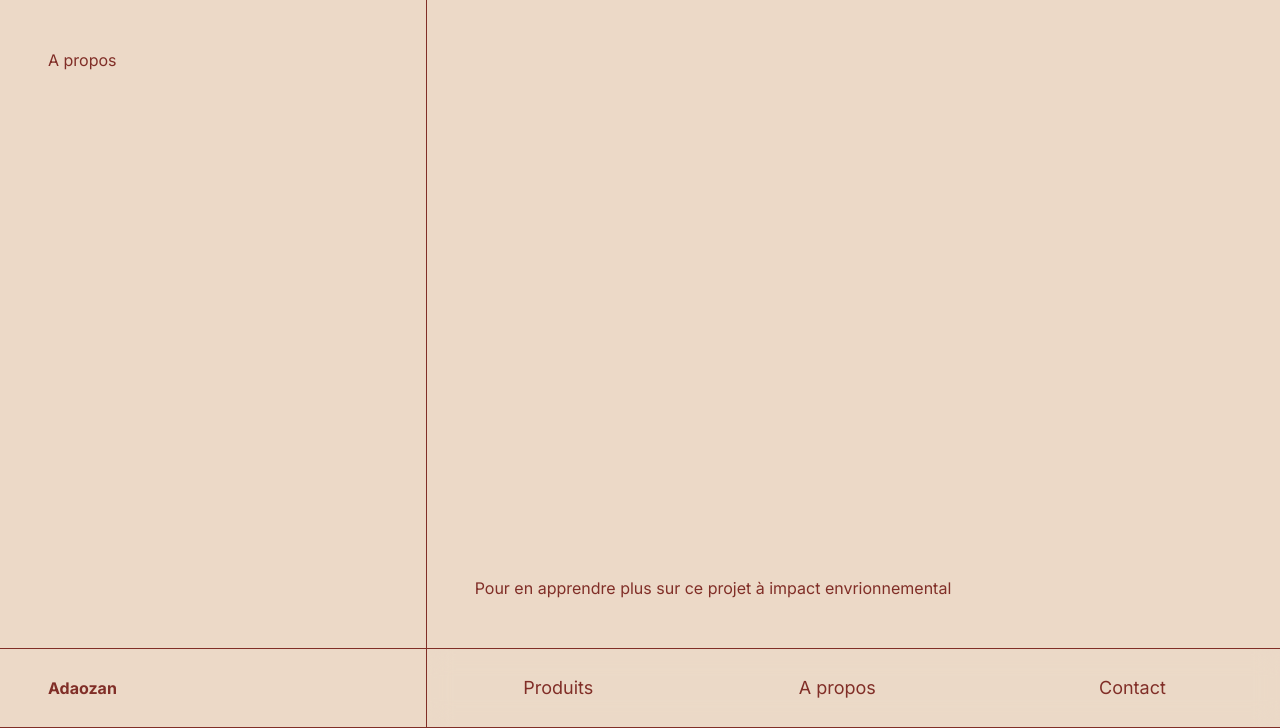
Repository: Neewd/adaozan
Page: /a-propos
An editor plug-in stored every save of this project. The page is shown before and after the next save, followed by the edit.
The browser window is 1280 px wide. The pictures show the whole page.
The project was rebuilt for these pictures with package versions that can differ from the ones it lists, and the page was loaded fresh each time. The framework's server and built-in components were replaced by stand-ins that run in the browser. Also part of the build but not shown: next.config.js.

Above is the page before, as saved 2023-08-26 11:50:51.

### app/a-propos/page.tsx
import { Menu } from "../components/Menu";

export default function About() {
	return (
		<>
			<div className="flex top-0 sticky w-full z-1 h-[90vh] bg-cream-100 text-brown-100">
				<div className="basis-4/12 p-12 border-r border-brown-100">
					<h1 className="">A propos</h1>
				</div>
				<div className="basis-8/12 relative">
					<div className="flex h-full w-full">
						<span className="p-12 self-end">
							Pour en apprendre plus sur ce projet à impact
							envrionnemental
						</span>
					</div>
				</div>
			</div>
			<Menu />
		</>
	);
}

### app/components/Menu.tsx
import Link from "next/link";

export function Menu() {
	return (
		<>
			<div className="flex h-20 border-y border-brown-100 z-20 sticky top-[-2px] bg-cream-100">
				<div className="basis-4/12 border-r px-6 flex items-center bg-cream-100 text-brown-100">
					<Link href="/" className="px-6 font-bold">
						Adaozan
					</Link>
				</div>
				<div className="basis-8/12 flex justify-around items-center h-full bg-cream-100/40 backdrop-blur-md">
					<div className="text-brown-100 group text-lg flex-1 flex items-center justify-center cursor-pointer">
						<Link href="produits" className="group-hover:font-bold">
							Produits
						</Link>
					</div>
					<div className="text-brown-100 text-lg group flex-1 px-4  flex items-center justify-center cursor-pointer">
						<Link href="a-propos" className="group-hover:font-bold">
							A propos
						</Link>
					</div>
					<div className="text-brown-100 text-lg group flex-1 flex px-4 items-center justify-center cursor-pointer">
						<Link href="contact" className="group-hover:font-bold">
							Contact
						</Link>
					</div>
				</div>
			</div>
		</>
	);
}

Loaded but not shown: app/layout.tsx (common file); app/globals.css (common file); tailwind.config.js (common file)

After the next save:
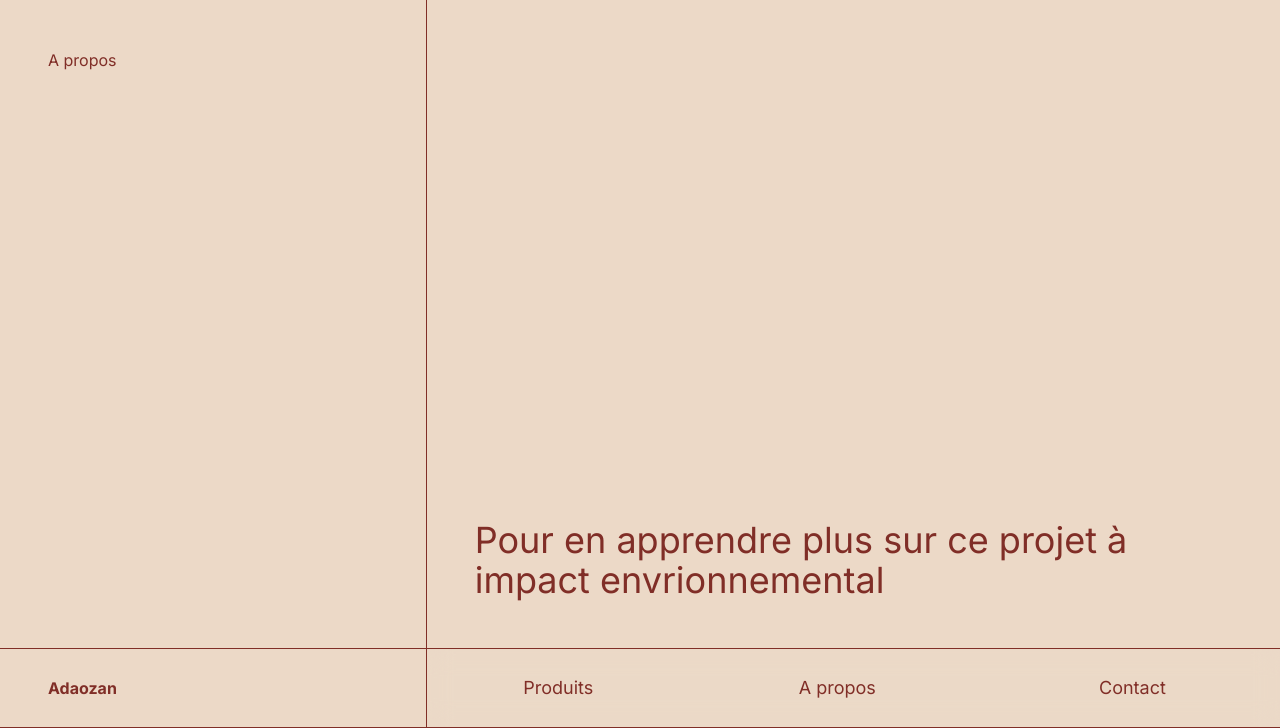
Saved 6 s later.
--- a/app/a-propos/page.tsx
+++ b/app/a-propos/page.tsx
@@ -9,7 +9,7 @@ export default function About() {
 				</div>
 				<div className="basis-8/12 relative">
 					<div className="flex h-full w-full">
-						<span className="p-12 self-end">
+						<span className="p-12 self-end text-4xl">
 							Pour en apprendre plus sur ce projet à impact
 							envrionnemental
 						</span>
